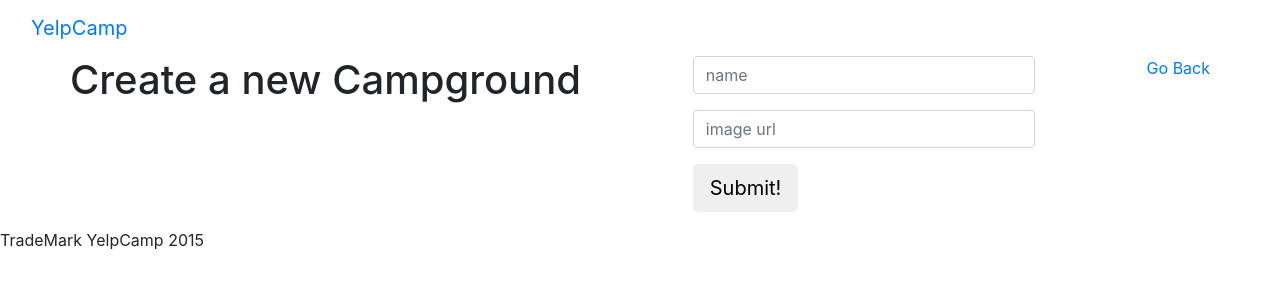
Repository: yshang0/WebDeveloperBootcamp
Page: http://localhost/campgrounds/new
The author's editor kept a record of every edit. The page is drawn from the files as they stood at one moment, then again after the next edit.
The browser window is 1280 px wide. The pictures show the whole page.
The page is served by the project's Node server (YelpCamp/v1/app.js).

Above is the page before.

### PhotoShow/YelpCamp/v1/views/new.ejs
<% include partials/header %>
<div class="container">
    <div class="row">
        <h1 style="text-align: center">Create a new Campground</h1>
        <div style="width: 30%; margin: 0 auto;">

        <form action="/campgrounds" method="POST">
            <div class="form-group">
            <input class="form-control" type="text" name="name" placeholder="name">
            </div>
            <div class="form-group">
            <input class="form-control" type="text" name="image" placeholder="image url">
            </div>
            <div class="form-group">
            <button class="btn btn-lg btn-default">Submit!</button>
            </div>
        </form>
        </div>

        <a href="/campgrounds">Go Back</a>
    </div>


</div>
<% include partials/footer %>

### PhotoShow/YelpCamp/v1/views/partials/header.ejs
<!DOCTYPE html>
<html>
    <head>
        <title>YelpCamp</title>
        <link rel="stylesheet" href="https://stackpath.bootstrapcdn.com/bootstrap/4.1.3/css/bootstrap.min.css">
    </head>

    <body>
        <nav class="navbar navbar-default">
        <div class="container-fluid">
            <div class="navbar-header">
                <a class="navbar-brand" href="/">YelpCamp</a>
            </div>
            <div class="collapse navbar-collapse">
                <ul class="nav navbar-nav navbar-right">
                    <li><a href="/">Login</a></li>
                    <li><a href="/">Sign Up</a></li>
                    <li><a href="/">Logout</a></li>
                </ul>
            </div>
        </div>
    </nav>

### PhotoShow/YelpCamp/v1/views/partials/footer.ejs
<p>TradeMark YelpCamp 2015</p>
</body>
</html>

### PhotoShow/YelpCamp/v1/app.js
var express = require("express"); // (import) the express module and create an Express application.
var app = express();
var bodyParser = require("body-parser");


//When extended property is set to true,
//the URL-encoded data will be parsed with the qs library.
//when extended property is set to false,
//the URL-encoded data will instead be parsed with the querystring library.
app.use(bodyParser.urlencoded({extended:true}));
app.set("view engine", "ejs");

var campgrounds = [
        {name: "s", image:"https://farm4.staticflickr.com/3828/9531852967_8299e728fc.jpg"},
        {name: "g", image:"https://farm4.staticflickr.com/3624/3331133595_383a1c19c6.jpg"},
        {name: "y", image:"https://farm6.staticflickr.com/5042/5303791663_06cefbeb4c.jpg"},
        {name: "s", image:"https://farm4.staticflickr.com/3828/9531852967_8299e728fc.jpg"},
        {name: "g", image:"https://farm4.staticflickr.com/3624/3331133595_383a1c19c6.jpg"},
        {name: "y", image:"https://farm6.staticflickr.com/5042/5303791663_06cefbeb4c.jpg"},
        {name: "s", image:"https://farm4.staticflickr.com/3828/9531852967_8299e728fc.jpg"},
        {name: "g", image:"https://farm4.staticflickr.com/3624/3331133595_383a1c19c6.jpg"},
        {name: "y", image:"https://farm6.staticflickr.com/5042/5303791663_06cefbeb4c.jpg"}
        ];


//it shows a route definition.
//The app.get() method specifies a callback function that will be invoked whenever there is an HTTP GET request with a path ('/') relative to the site root.
//The callback function takes a request and a response object as arguments, and simply calls send() on the response to return the string.

app.get("/", function(req, res){
    res.render("landing");
});

app.get("/campgrounds", function(req, res){


    res.render("campgrounds", {campgrounds:campgrounds});
});


app.post("/campgrounds", function(req, res) {

    //get data from form and add to campgrounds array
    var name = req.body.name;
    var image = req.body.image;
    var newCampground = {name: name, image: image}
    campgrounds.push(newCampground);
    //redirect back to campgrounds page
    res.redirect("/campgrounds");
});

app.get("/campgrounds/new", function(req, res){
    res.render("new.ejs");
});

app.listen(process.env.PORT, process.env.IP, function(){
  console.log("The YelpCamp Server Has Started!");
});

//start server: node app.js

After the next edit:
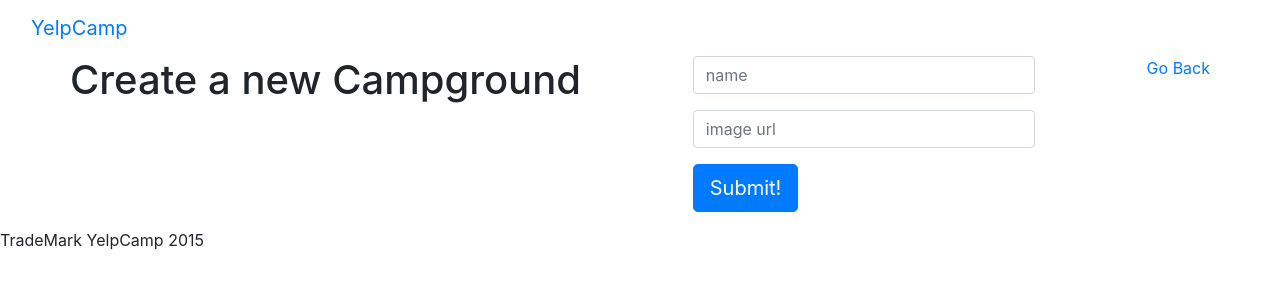
The edit:
--- a/PhotoShow/YelpCamp/v1/views/new.ejs
+++ b/PhotoShow/YelpCamp/v1/views/new.ejs
@@ -12,7 +12,7 @@
             <input class="form-control" type="text" name="image" placeholder="image url">
             </div>
             <div class="form-group">
-            <button class="btn btn-lg btn-default">Submit!</button>
+            <button class="btn btn-lg btn-primary btn-default">Submit!</button>
             </div>
         </form>
         </div>
